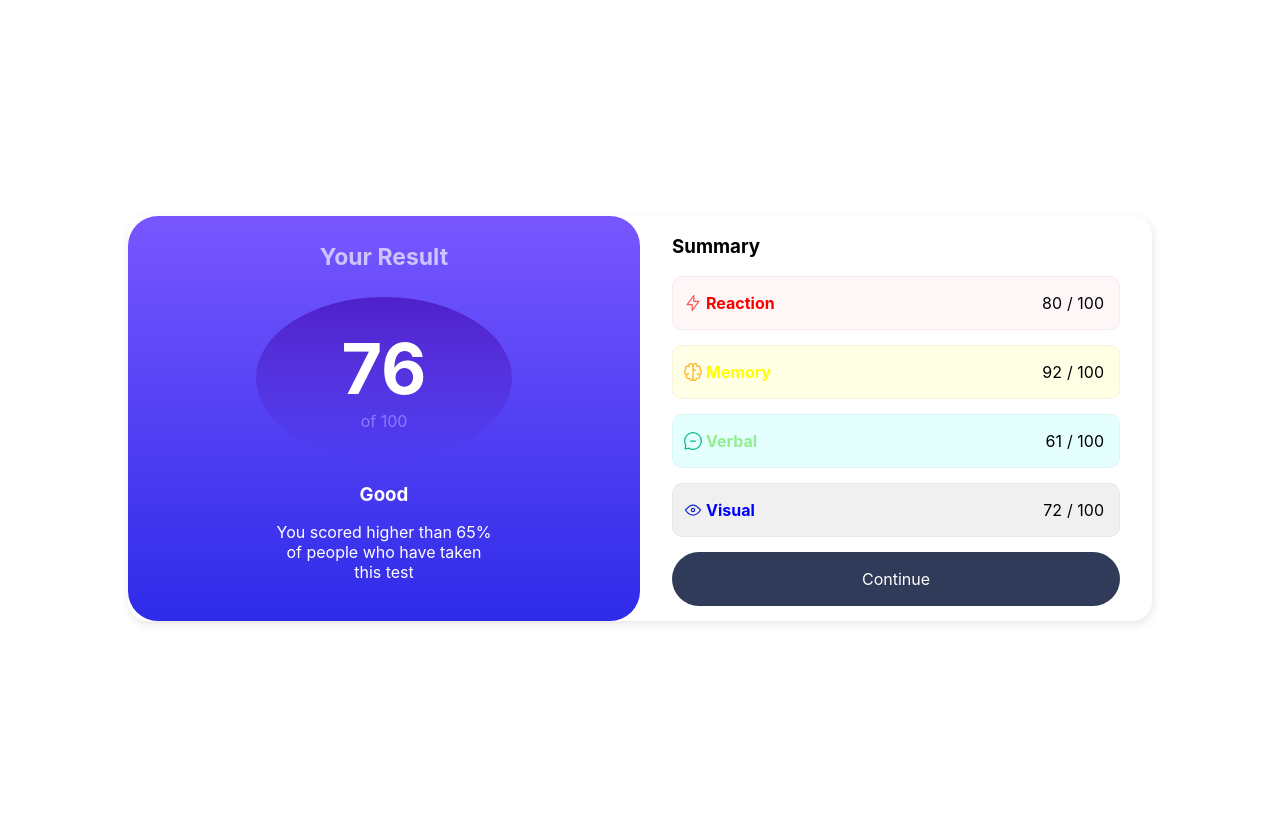
Repository: JeanPaulBassil/Result-Summary-Design
Page: /
These files come from the project's save history. The page is drawn as it stood at one moment and after the next save; the edit follows.
The browser window is 1280 px wide. The pictures show the whole page.
The project was rebuilt for these pictures with package versions that can differ from the ones it lists, and the page was loaded fresh each time.

Above is the page before, as saved 2023-02-24 18:32:49.

### src/index.css
body {
  margin: 0;
  font-family: -apple-system, BlinkMacSystemFont, 'Segoe UI', 'Roboto', 'Oxygen',
    'Ubuntu', 'Cantarell', 'Fira Sans', 'Droid Sans', 'Helvetica Neue',
    sans-serif;
  -webkit-font-smoothing: antialiased;
  -moz-osx-font-smoothing: grayscale;
}

code {
  font-family: source-code-pro, Menlo, Monaco, Consolas, 'Courier New',
    monospace;
}

.app{
  width: 50vw;
  box-shadow: 1px 3px 10px rgba(0, 0, 0, .1);
  border-radius: 20px;
  display: block;
  margin: 30vh auto;
  display: grid;
  grid-template-columns: minmax(250px, 1fr) minmax(250px, 1fr);
}

@media (max-width: 1440px){
  .app {
    width: 80vw;
  }
}

### src/App.js
import Result from "./Components/Result/Result"
import Summary from "./Components/Summary/Summary"

export default function App() {
    return (
        <div className="app">
            <Result />
            <Summary />
        </div>
    )
};

### src/Components/Result/Result.js
import Description from "../Description/Description";
import Grade from "../Grade/Grade";
import data from "../../data.json";
import "./Result.css"

export default function Result() {
    const score = Math.floor(data.reduce((totalGrade, category) => totalGrade + category.score , 0) / data.length)

    return (
        <div className="result">
            <h3>Your Result</h3>
            <Grade score={score}/>
            <Description score={score}/>
        </div>
    )
};

### src/Components/Summary/Summary.js
import data from "../../data.json"
import './Summary.css'

export default function Summary() {
    const summary = data.map(part => {
        return (
            <div className={`part ${part.color}`}>
                <div>
                    <img className="icon" src={part.icon} alt={part.category}/>
                    <h4>{part.category}</h4>
                </div>
                <div className="secGrade">
                    <p>{part.score}</p>
                    <p>/ 100</p>
                </div>
            </div>
        )
    })

    return (
        <div className="summary">
            <h3>Summary</h3>
            <div>
                {summary}
            </div>
            <div className="button">
                <p>Continue</p>
            </div>
        </div>
    )
};

### src/Components/Description/Description.js
import "./Description.css"

export default function Description({score}) {
    const performance = _ => {
        if (score >= 90) return ['Excellent', `You scored higher than 85% of people who have taken this test`]
        else if (score >= 80) return ['Great', `You scored higher than 75% of people who have taken this test`]
        else if (score >= 70) return ['Good', `You scored higher than 65% of people who have taken this test`]
        else if (score >= 60) return ['Not enough', `You're above nearly half the people who have taken this test`]
        else return ['Fail', `Most people who have taken this test passed over you`]
    }

    return (
        <div className="description">
            <h3>{performance()[0]}</h3>
            <p>{performance()[1]}</p>
        </div>
    )
};

### src/Components/Grade/Grade.js
import "./Grade.css"

export default function Grade({score}) {
    return (
        <div className="grade">
            <h1>{score}</h1>
            <p>of 100</p>
        </div>
    )
};

### src/data.json


[
  {
    "category": "Reaction",
    "score": 80,
    "icon": "./assets/images/icon-reaction.svg",
    "color": "red"
  },
  {
    "category": "Memory",
    "score": 92,
    "icon": "./assets/images/icon-memory.svg",
    "color": "yellow"
  },
  {
    "category": "Verbal",
    "score": 61,
    "icon": "./assets/images/icon-verbal.svg",
    "color": "green"
  },
  {
    "category": "Visual",
    "score": 72,
    "icon": "./assets/images/icon-visual.svg",
    "color": "blue"
  }
]

### src/Components/Result/Result.css
.result {
    display: grid;
    grid-template-rows: 1fr 2fr 2fr;
    align-items: center;
    justify-items: center;
    height: 100%;
    width: 100%;
    background-image: linear-gradient(to bottom,hsl(252, 100%, 67%), hsl(241, 81%, 54%));
    border-radius: 30px;
    color: white;
}

.result > h3 {
    font-size: 23px;
    color: #cbc4ff;
}

### src/Components/Summary/Summary.css
.part {
    display: flex;
    justify-content: space-between;
    border: 1px solid rgba(0, 0, 0, .04);
    margin-bottom: 15px;
    border-radius: 10px;
    padding: 0 10px;
}

.button {
    display: flex;
    justify-content: center;
    border: 1px solid rgba(0, 0, 0, .04);
    margin-bottom: 15px;
    border-radius: 50px;
    padding: 0 10px;
    background-color: #303b59;
    color: white

}

.button:hover {
    cursor: pointer;
}

.icon {
    margin-right: 3px
}

.summary {
    padding: 0 2rem;
    display: flex;
    flex-direction: column;
    justify-content: center;
}

.summary > h3 {
    align-self: flex-start;
}

.part > div {
    display: flex;
    align-items: center;
    justify-content: center;
}

.secGrade > p {
    /* display: inline; */
    margin-right: 5px;
}

.red {
    background-color: rgba(255, 0, 0, 0.03);
}

.red > div > h4 {
    margin: 0;
    color: red;
}

.yellow {
    background-color: rgba(255, 255, 0, 0.1);
}

.yellow > div > h4 {
    margin: 0;
    color: yellow;
}

.green {
    background-color: rgba(0, 255, 255, 0.1);
}

.green > div > h4 {
    margin: 0;
    color: lightgreen;
}

.blue {
    background-color: rgba(0, 0, 0, 0.06);
}

.blue > div > h4 {
    margin: 0;
    color: blue;
}

### src/Components/Description/Description.css
.description {
    display: flex;
    flex-direction: column;
    align-items: center;
    justify-content: center;
}

.description > p{
    inline-size: 220px;
    text-align: center;
}

.description > h3 {
    margin: 0;
}

### src/Components/Grade/Grade.css
.grade {
    display: flex;
    flex-direction: column;
    justify-content: center;
    align-items: center;
    background-image: linear-gradient(to bottom, hsla(256, 72%, 46%, 1), hsla(241, 72%, 46%, 0));
    border-radius: 50%;
    inline-size: 50%;
    block-size: 100%;
}

.grade > h1 {
    margin: 0;
    font-size: 70px;
}

.grade > p {
    margin: 0;
    color: #8a7cff;
}

Loaded but not shown: public/index.html (common file); src/index.js (common file)

After the next save:
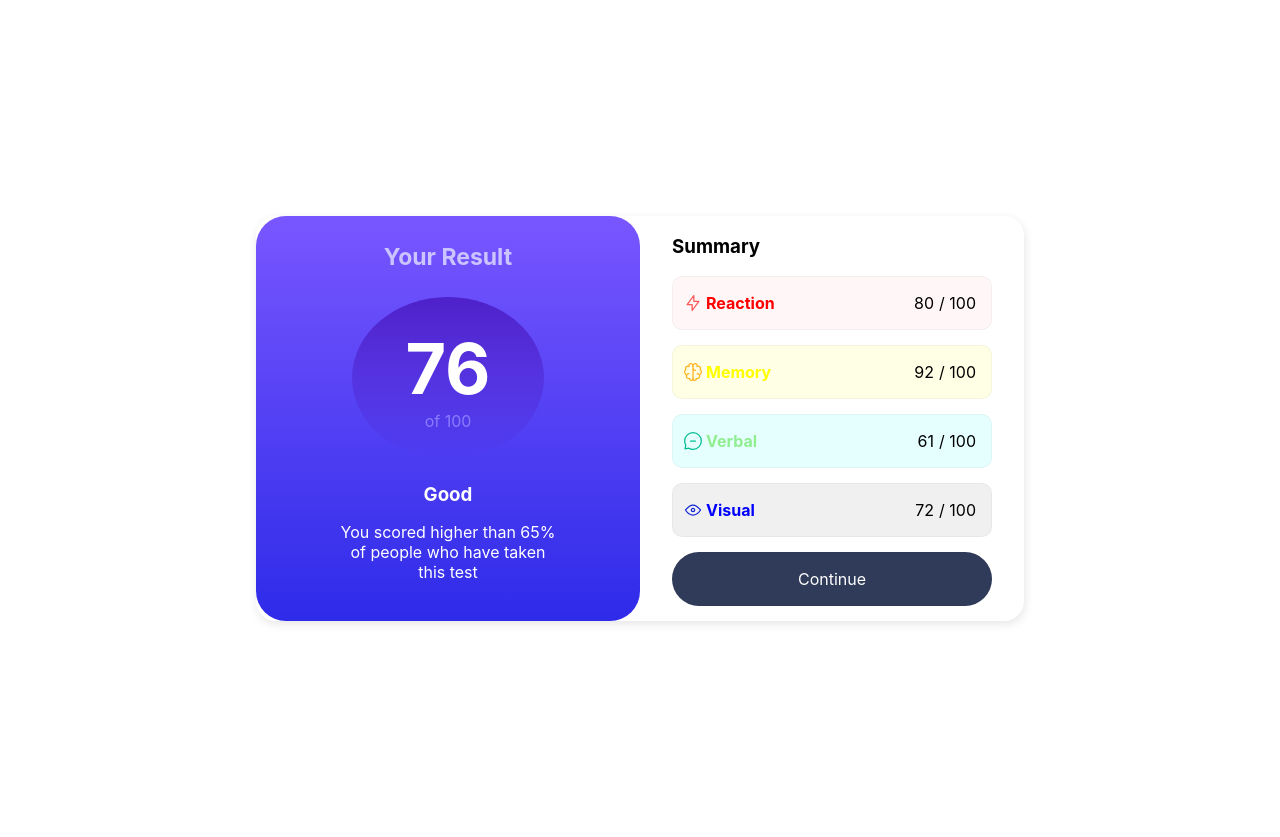
Saved 4 s later.
--- a/src/index.css
+++ b/src/index.css
@@ -24,6 +24,6 @@ code {
 
 @media (max-width: 1440px){
   .app {
-    width: 80vw;
+    width: 60vw;
   }
 }
